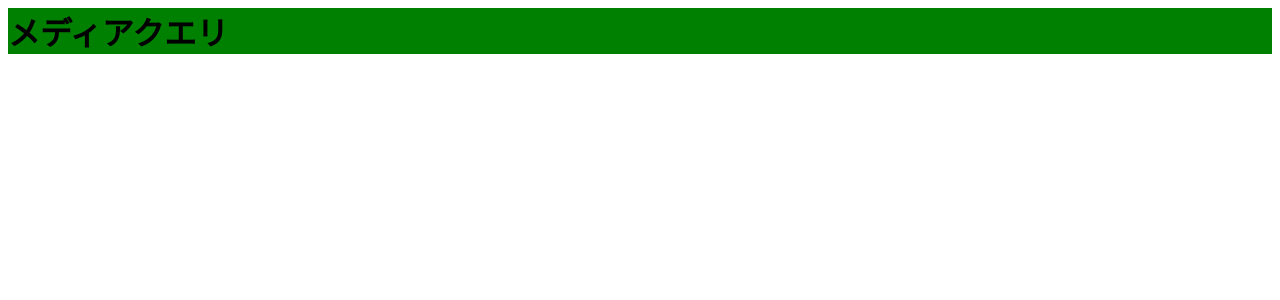
Repository: iDicek/samurai_HTML-CSS
Page: 16章.html
The author's editor kept a record of every edit. The page is drawn from the files as they stood at one moment, then again after the next edit.
The browser window is 1280 px wide. The pictures show the whole page.

Above is the page before.

### 16章.html
<html lang="ja">
    <head>
        <meta name="view port" content="width=device-width, initial-scale=1">
        <style>
            .media {
                background-color: blue;
            }

            @media screen and (min-width: 480px) {
                .media {
                    background-color: red;
                }
            }

            @media screen and (min-width:640px) {
                .media {
                    background-color: green;
                }
            }
        </style>
    </head>
    <body>
        <div class="media">
            <h1>メディアクエリ</h1>
        </div>
    </body>
</html>

After the next edit:
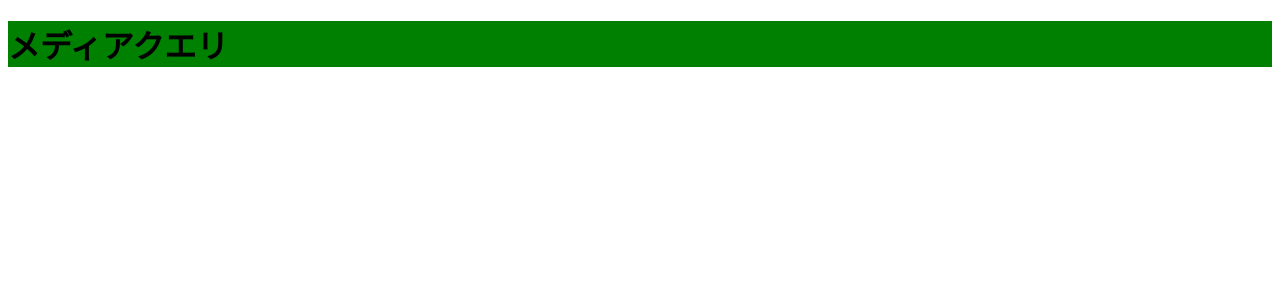
The edit:
--- a/16章.html
+++ b/16章.html
@@ -1,12 +1,13 @@
+<!DOCTYPE html>
 <html lang="ja">
     <head>
-        <meta name="view port" content="width=device-width, initial-scale=1">
+        <meta name="viewport" content="width=device-width, initial-scale=1">
         <style>
             .media {
                 background-color: blue;
             }
 
-            @media screen and (min-width: 480px) {
+            @media screen and (min-width:480px) {
                 .media {
                     background-color: red;
                 }

After the edit that followed:
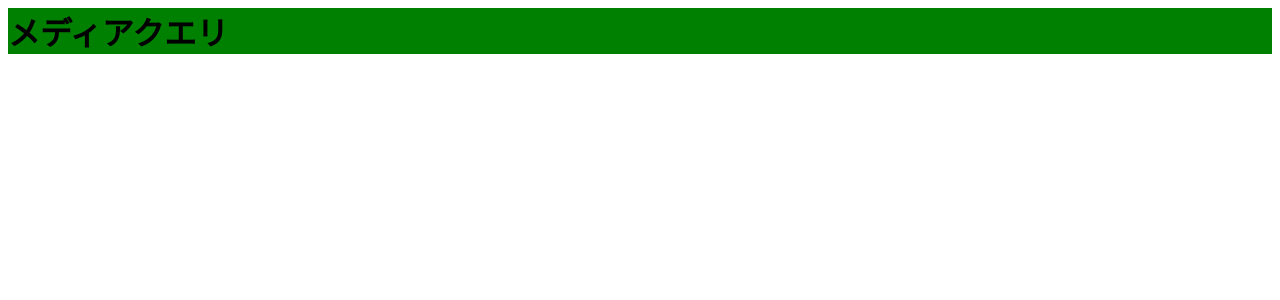
The edit:
--- a/16章.html
+++ b/16章.html
@@ -1,7 +1,6 @@
-<!DOCTYPE html>
 <html lang="ja">
     <head>
-        <meta name="viewport" content="width=device-width, initial-scale=1">
+        <meta name="viewport" content="width=device-width, initial-scale=1" http-equiv="Content-Type" content="text/html; charset=utf-8">
         <style>
             .media {
                 background-color: blue;
